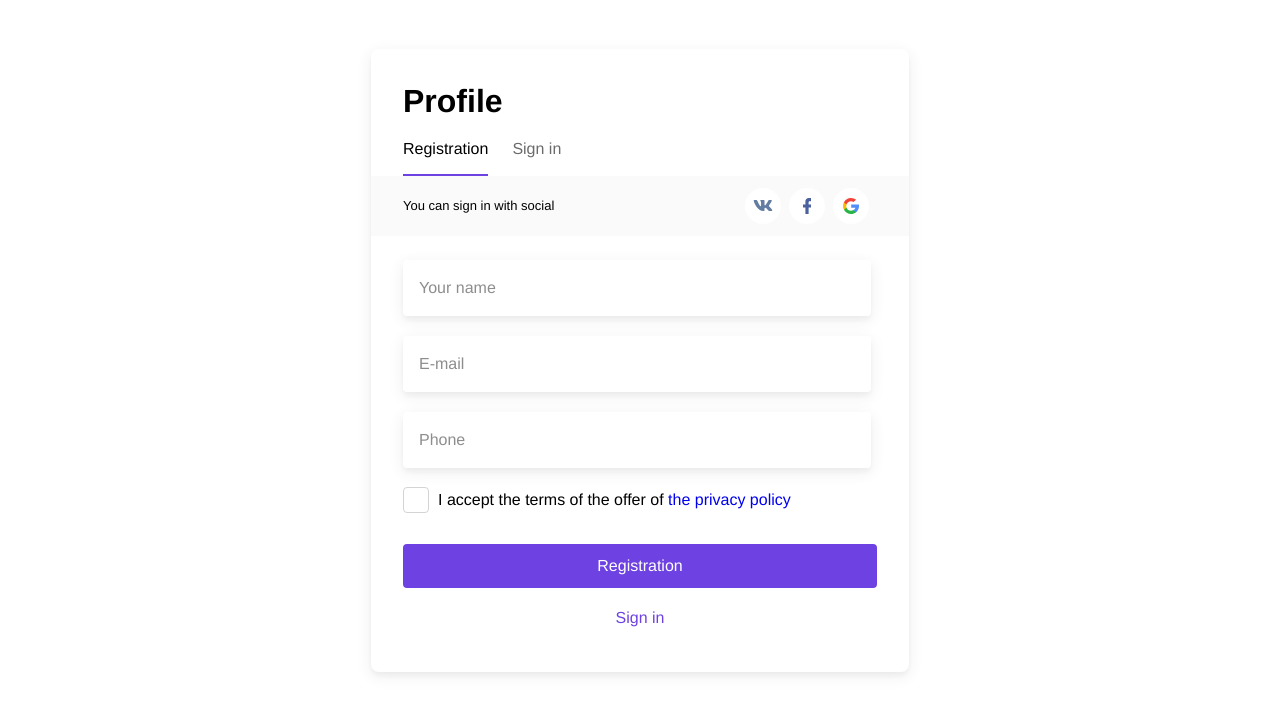
Repository: skydevil1604/vue-test-app
Page: /
The author's editor kept a copy of each file at every save. The page is drawn from the files as they stood at one save, then again after the next save.
The browser window is 1280 px wide. The pictures show the whole page.
The project was rebuilt for these pictures with package versions that can differ from the ones it lists, and the page was loaded fresh each time.

Above is the page before, as saved 2020-04-06 17:47:37.

### public/index.html
<!DOCTYPE html>
<html lang="en">
  <head>
    <meta charset="utf-8">
    <meta http-equiv="X-UA-Compatible" content="IE=edge">
    <meta name="viewport" content="width=device-width,initial-scale=1.0">
    <link rel="icon" href="<%= BASE_URL %>favicon.ico">
    <link rel="stylesheet" href="../src/assets/normalize.css">
    <title><%= htmlWebpackPlugin.options.title %></title>
  </head>
  <body>
    <noscript>
      <strong>We're sorry but <%= htmlWebpackPlugin.options.title %> doesn't work properly without JavaScript enabled. Please enable it to continue.</strong>
    </noscript>
    <div id="app"></div>
    <!-- built files will be auto injected -->
  </body>
</html>

### src/main.js
import Vue from 'vue'
import App from './App.vue'
import VueRouter from 'vue-router'

Vue.config.productionTip = false;
Vue.use(VueRouter)

new Vue({
  render: h => h(App),
}).$mount('#app')

### src/App.vue
<template>
  <div id="app">
    <AuthenticationForm />
  </div>
</template>

<script>
import AuthenticationForm from './components/AuthenticationForm';

export default {
  name: 'App',
  components: {
    AuthenticationForm
  }
}
</script>

<style>
#app {
  font-family: Avenir, Helvetica, Arial, sans-serif;
  -webkit-font-smoothing: antialiased;
  -moz-osx-font-smoothing: grayscale;
  text-align: center;
  display: flex;
  height: 100vh;
}
</style>

### src/components/AuthenticationForm.vue
<template>
    <div class="authentication">
        <h1 class="authentication__header">Profile</h1>
        <Tabs>
            <Tab name="Registration">
                <RegistrationComponent />
            </Tab>
            <Tab name="Sign in">
                <LoginComponent :validate="false"/>
            </Tab>
        </Tabs>
    </div>
</template>
<script>
import Tabs from '@/components/Tabs';
import Tab from '@/components/Tab';
import LoginComponent from '@/components/Login';
import RegistrationComponent from '@/components/Registration';

export default {
    name: 'AuthenticationForm',
    components: {
        Tabs,
        Tab,
        LoginComponent,
        RegistrationComponent,
    }
}
</script>

<style lang="scss" scoped>
    .authentication {
        margin: auto;
        width: 474px;
        background: #FFFFFF;
        box-shadow: 0px 4px 16px rgba(51, 51, 51, 0.08), 0px 4px 4px rgba(51, 51, 51, 0.04);
        border-radius: 8px;
        padding: 32px;

            &__header {
                text-align: left;
                font-style: normal;
                font-weight: bold;
                font-size: 32px;
                line-height: 40px;
                margin: 0;
            }
    }
</style>

### src/components/Tabs.vue
<template>
    <div class="tabs">
        <ul class="tabs__list">
            <li
                v-for="(item, index) in items"
                :key="index"
                :class="item.active ? 'tabs__listitem tabs__listitem--active': 'tabs__listitem'"
                >
                <a
                    :href="item.hash"
                    class="tabs__itemlink"
                    v-text="item.name"
                    @click.prevent="showTab(item.hash)">
                </a>
            </li>
        </ul>
        <section class="tabs__content">
            <slot />
        </section>
    </div>
</template>
<script>
export default {
    name: 'Tabs',
    data() {
        return {
            items: [],
            selected: '',
        }
    },
    methods: {
        showTab(target) {
            this.items.forEach(item => item.active = (item.hash === target))
        },
    },
    created() {
        this.items = this.$children
    },
    mounted() {
        const startItem = this.items.findIndex(item => item.start)
        this.items[startItem > 0 ? startItem : 0].active = true;
    }
}
</script>
<style lang="scss" scoped>
.tabs {
    display: flex;
    flex-direction: column;
    &__list {
        display: flex;
        flex-direction: row;
        padding: 0;
        margin-bottom: 0;
        list-style-type: none;
    }
    &__listitem {
        min-width: 50px;
        color: black;
        font-size: 16px;
        line-height: 24px;
        padding-bottom: 15px;
        color: #6B6B6B;
        &--active {
            border-top-width: 6px;
            color: black;
            box-shadow: inset 0px -2px 0px #6E41E2;
        }
        &:first-child {
            border-top-left-radius: 5px;
            margin-right: 24px;
        }
        &:last-child {
            border-top-right-radius: 5px;
        }
    }
    &__itemlink {
        flex: 1;
        display: flex;
        align-items: center;
        text-decoration: none;
        font-size: inherit;
        color: inherit;
    }
}
</style>

### src/components/Tab.vue
<template>
    <div
        :id="hash"
        v-show="active">
        <slot />
    </div>
</template>
<script>
export default {
    name: 'Tab',
    props: {
        name: {
            type: String,
            required: true,
        },
        start: {
            type: Boolean,
            default: false,
        },
    },
    data() {
        return {
            active: false,
        }
    },
    computed: {
        hash() {
            return '%23' + this.name.toLowerCase().replace(/ /g, '-');
        },
    },
}
</script>

### src/components/Login.vue
<template>
  <div class="form-wrapper">
    <div class="social">
      <div class="social__text">You can sign in with social</div>
      <div class="social__items">
        <a class="social__item social__item--vkontakte" href="#">
          <svg width="20" height="11" viewBox="0 0 20 11" fill="none" xmlns="http://www.w3.org/2000/svg">
            <path d="M18.8002 0.74C18.9302 0.32 18.8002 0 18.1802 0H16.1602C15.6402 0 15.4102 0.27 15.2802 0.57C15.2802 0.57 14.2502 3.08 12.7902 4.72C12.3102 5.19 12.1002 5.34 11.8402 5.34C11.7102 5.34 11.5002 5.19 11.5002 4.76V0.74C11.5002 0.23 11.3802 0 10.9502 0H7.7602C7.4402 0 7.2502 0.24 7.2502 0.47C7.2502 0.95 8.0002 1.07 8.0502 2.44V5.42C8.0502 6.08 7.9302 6.2 7.6802 6.2C7.0002 6.2 5.3202 3.67 4.3302 0.79C4.1302 0.23 3.9402 0 3.4202 0H1.3902C0.820195 0 0.700195 0.27 0.700195 0.57C0.700195 1.11 1.3902 3.77 3.9002 7.29C5.5702 9.7 7.9302 11 10.0802 11C11.3702 11 11.5302 10.71 11.5302 10.21V8.39C11.5302 7.82 11.6502 7.7 12.0602 7.7C12.3602 7.7 12.8702 7.85 14.0702 9C15.4502 10.38 15.6702 11 16.4502 11H18.4702C19.0502 11 19.3402 10.71 19.1802 10.14C19.0002 9.57 18.3402 8.74 17.4702 7.76C17.0002 7.21 16.2902 6.61 16.0702 6.3C15.7702 5.92 15.8602 5.75 16.0702 5.4C16.0702 5.4 18.5402 1.93 18.8002 0.74Z" fill="#627DA1"/>
          </svg>
        </a>
        <a class="social__item social__item--facebook" href="#">
          <svg width="8" height="16" viewBox="0 0 8 16" fill="none" xmlns="http://www.w3.org/2000/svg">
            <path d="M8 0V3.2H6.4C5.848 3.2 5.6 3.848 5.6 4.4V6.4H8V9.6H5.6V16H2.4V9.6H0V6.4H2.4V3.2C2.4 2.35131 2.73714 1.53737 3.33726 0.937258C3.93737 0.337142 4.75131 0 5.6 0H8Z" fill="#4B629E"/>
          </svg>
        </a>
        <a class="social__item social__item--google" href="#">
          <svg width="24" height="24" viewBox="0 0 24 24" fill="none" xmlns="http://www.w3.org/2000/svg">
            <rect x="4" y="4" width="15.9995" height="15.9998" fill="white" fill-opacity="0.01"/>
            <path d="M7.54632 13.6683L6.9894 15.7474L4.95387 15.7905C4.34554 14.6621 4.00049 13.3712 4.00049 11.9993C4.00049 10.6727 4.3231 9.42177 4.89496 8.32025H4.8954L6.70759 8.6525L7.50144 10.4538C7.33529 10.9382 7.24473 11.4582 7.24473 11.9993C7.2448 12.5866 7.35117 13.1492 7.54632 13.6683Z" fill="#FBBB00"/>
            <path d="M19.8604 10.5052C19.9523 10.9891 20.0002 11.4889 20.0002 11.9997C20.0002 12.5724 19.9399 13.1311 19.8252 13.67C19.4358 15.5038 18.4182 17.1051 17.0086 18.2383L17.0082 18.2378L14.7256 18.1214L14.4026 16.1047C15.3379 15.5561 16.0689 14.6977 16.454 13.67H12.1763V10.5052H16.5164H19.8604Z" fill="#518EF8"/>
            <path d="M17.0077 18.2383L17.0082 18.2387C15.6373 19.3407 13.8957 20 12 20C8.95349 20 6.30479 18.2972 4.95361 15.7913L7.54607 13.6692C8.22164 15.4722 9.96093 16.7557 12 16.7557C12.8764 16.7557 13.6975 16.5188 14.4021 16.1052L17.0077 18.2383Z" fill="#28B446"/>
            <path d="M17.1068 5.84172L14.5152 7.96344C13.786 7.50763 12.924 7.24433 12.0005 7.24433C9.91533 7.24433 8.14351 8.58671 7.50178 10.4544L4.8957 8.32081H4.89526C6.22666 5.75382 8.90877 4 12.0005 4C13.9416 4 15.7213 4.69143 17.1068 5.84172Z" fill="#F14336"/>
          </svg>
        </a>
      </div>
    </div>
    <form class="form" action="#">
      <input class="form__item" type="email" name="email" id="email" placeholder="E-mail" >
      <input class="form__item" type="password" name="password" id="password" placeholder="Password">
      <button class="button button--main" type="submit">Sign in</button>
      <button class="button button--secondary" href="%23registration">Registration</button>
    </form>
  </div>
</template>

<script>


export default {
  name: 'LoginComponent',
};
</script>
<style lang="scss">
  .social {
    height: 60px;
    display: flex;
    justify-content: space-between;
    background: #FAFAFA;
    align-items: center;
    width: 474px;
    margin-left: -32px;
    padding-left: 32px;
    padding-right: 32px;
    margin-bottom: 24px;

      &__text {
        font-style: normal;
        font-weight: normal;
        font-size: 13px;
        line-height: 20px;
      }

      &__items {
        display: flex;
        align-items: center;
      }

      &__item {
        width: 36px;
        height: 36px;
        border-radius: 50%;
        background-color: #ffffff;
        margin-right: 8px;
        display: flex;

          & svg {
            margin: auto;
          }
      }
  }
</style>

### src/components/Registration.vue
<template>
  <div class="form-wrapper">
    <div class="social">
      <div class="social__text">You can sign in with social</div>
      <div class="social__items">
        <a class="social__item social__item--vkontakte" href="#">
          <svg width="20" height="11" viewBox="0 0 20 11" fill="none" xmlns="http://www.w3.org/2000/svg">
            <path d="M18.8002 0.74C18.9302 0.32 18.8002 0 18.1802 0H16.1602C15.6402 0 15.4102 0.27 15.2802 0.57C15.2802 0.57 14.2502 3.08 12.7902 4.72C12.3102 5.19 12.1002 5.34 11.8402 5.34C11.7102 5.34 11.5002 5.19 11.5002 4.76V0.74C11.5002 0.23 11.3802 0 10.9502 0H7.7602C7.4402 0 7.2502 0.24 7.2502 0.47C7.2502 0.95 8.0002 1.07 8.0502 2.44V5.42C8.0502 6.08 7.9302 6.2 7.6802 6.2C7.0002 6.2 5.3202 3.67 4.3302 0.79C4.1302 0.23 3.9402 0 3.4202 0H1.3902C0.820195 0 0.700195 0.27 0.700195 0.57C0.700195 1.11 1.3902 3.77 3.9002 7.29C5.5702 9.7 7.9302 11 10.0802 11C11.3702 11 11.5302 10.71 11.5302 10.21V8.39C11.5302 7.82 11.6502 7.7 12.0602 7.7C12.3602 7.7 12.8702 7.85 14.0702 9C15.4502 10.38 15.6702 11 16.4502 11H18.4702C19.0502 11 19.3402 10.71 19.1802 10.14C19.0002 9.57 18.3402 8.74 17.4702 7.76C17.0002 7.21 16.2902 6.61 16.0702 6.3C15.7702 5.92 15.8602 5.75 16.0702 5.4C16.0702 5.4 18.5402 1.93 18.8002 0.74Z" fill="#627DA1"/>
          </svg>
        </a>
        <a class="social__item social__item--facebook" href="#">
          <svg width="8" height="16" viewBox="0 0 8 16" fill="none" xmlns="http://www.w3.org/2000/svg">
            <path d="M8 0V3.2H6.4C5.848 3.2 5.6 3.848 5.6 4.4V6.4H8V9.6H5.6V16H2.4V9.6H0V6.4H2.4V3.2C2.4 2.35131 2.73714 1.53737 3.33726 0.937258C3.93737 0.337142 4.75131 0 5.6 0H8Z" fill="#4B629E"/>
          </svg>
        </a>
        <a class="social__item social__item--google" href="#">
          <svg width="24" height="24" viewBox="0 0 24 24" fill="none" xmlns="http://www.w3.org/2000/svg">
            <rect x="4" y="4" width="15.9995" height="15.9998" fill="white" fill-opacity="0.01"/>
            <path d="M7.54632 13.6683L6.9894 15.7474L4.95387 15.7905C4.34554 14.6621 4.00049 13.3712 4.00049 11.9993C4.00049 10.6727 4.3231 9.42177 4.89496 8.32025H4.8954L6.70759 8.6525L7.50144 10.4538C7.33529 10.9382 7.24473 11.4582 7.24473 11.9993C7.2448 12.5866 7.35117 13.1492 7.54632 13.6683Z" fill="#FBBB00"/>
            <path d="M19.8604 10.5052C19.9523 10.9891 20.0002 11.4889 20.0002 11.9997C20.0002 12.5724 19.9399 13.1311 19.8252 13.67C19.4358 15.5038 18.4182 17.1051 17.0086 18.2383L17.0082 18.2378L14.7256 18.1214L14.4026 16.1047C15.3379 15.5561 16.0689 14.6977 16.454 13.67H12.1763V10.5052H16.5164H19.8604Z" fill="#518EF8"/>
            <path d="M17.0077 18.2383L17.0082 18.2387C15.6373 19.3407 13.8957 20 12 20C8.95349 20 6.30479 18.2972 4.95361 15.7913L7.54607 13.6692C8.22164 15.4722 9.96093 16.7557 12 16.7557C12.8764 16.7557 13.6975 16.5188 14.4021 16.1052L17.0077 18.2383Z" fill="#28B446"/>
            <path d="M17.1068 5.84172L14.5152 7.96344C13.786 7.50763 12.924 7.24433 12.0005 7.24433C9.91533 7.24433 8.14351 8.58671 7.50178 10.4544L4.8957 8.32081H4.89526C6.22666 5.75382 8.90877 4 12.0005 4C13.9416 4 15.7213 4.69143 17.1068 5.84172Z" fill="#F14336"/>
          </svg>
        </a>
      </div>
    </div>
    <form class="form" action="#">
      <input class="form__item" type="text" name="name" id="name" placeholder="Your name">
      <input class="form__item" type="email" name="email" id="email" placeholder="E-mail" >
      <input class="form__item" type="tel" name="tel" id="tel" placeholder="Phone">
      <div class="checkbox">
        <input type="checkbox" id="acception" required>
        <label for="acception">
          I accept the terms of the offer of <a href="#">the privacy policy</a>
        </label>
      </div>
      <button class="button button--main" type="submit">Registration</button>
      <button class="button button--secondary" href="%23sign-in" >Sign in</button>
    </form>
  </div>
</template>

<script>


export default {
  name: 'RegistrationComponent',
}
</script>

<style lang="scss">

  @mixin placeholder {
    &::-webkit-input-placeholder { color: rgba(17, 17, 17, 0.48) }
    &:-moz-placeholder           { color: rgba(17, 17, 17, 0.48) }
    &::-moz-placeholder          { color: rgba(17, 17, 17, 0.48) }
    &:-ms-input-placeholder      { color: rgba(17, 17, 17, 0.48) }
}
  @mixin placeholder-move-on-focus {
    &:focus::-webkit-input-placeholder { line-height: 20px;  transition: line-height 0.5s ease; }
    &:focus:-moz-placeholder           { line-height: 20px;  transition: line-height 0.5s ease; }
    &:focus::-moz-placeholder          { line-height: 20px;  transition: line-height 0.5s ease; }
    &:focus:-ms-input-placeholder      { line-height: 20px;  transition: line-height 0.5s ease; }
    &:focus::-webkit-input-placeholder { line-height: 100px; transition: line-height 0.5s ease; }
    &:focus:-moz-placeholder           { line-height: 100px; transition: line-height 0.5s ease; }
    &:focus::-moz-placeholder          { line-height: 100px; transition: line-height 0.5s ease; }
    &:focus:-ms-input-placeholder      { line-height: 100px; transition: line-height 0.5s ease; }
}

  .form {
    display: flex;
    flex-direction: column;

      &__item {
        width: 92%;
        box-shadow: 0px 4px 16px rgba(51, 51, 51, 0.08), 0px 4px 4px rgba(51, 51, 51, 0.04);
        border-radius: 4px;
        font-style: normal;
        font-weight: normal;
        font-size: 16px;
        line-height: 24px;
        color: #111111;
        padding: 16px;
        margin-bottom: 20px;
        outline: none;
        border: none;
        @include placeholder;
        @include placeholder-move-on-focus;
      }

      .checkbox {
        text-align: left;
        margin-bottom: 32px;

          & label {
            font-size: 16px;
            line-height: 24px;
            color: #000000;

              & a {
                text-decoration: none;
              }
          }
      }

      .button {
        font-size: 16px;
        line-height: 24px;
        padding-top: 10px;
        padding-bottom: 10px;
        border-radius: 4px;
        border: none;
        outline: none;
        cursor: pointer;

          &--main {
            background: #6E41E2;
            color: #ffffff;
            margin-bottom: 8px;

              &:hover {
                background: #502fa3;
              }
          }

          &--secondary {
            background: #ffffff;
            color: #6E41E2;

              &:hover {
                background: #FAFAFA;
              }
          }
      }

      input[type="checkbox"]:checked,
      input[type="checkbox"]:not(:checked) {
        position: absolute;
        left: -9999px;
      }
      input[type="checkbox"]:checked + label,
      input[type="checkbox"]:not(:checked) + label {
        display: inline-block;
        position: relative;
        padding-left: 35px;
        cursor: pointer;
      }
      input[type="checkbox"]:checked + label:before,
      input[type="checkbox"]:not(:checked) + label:before {
        content: "";
        position: absolute;
        left: 0px;
        top: -1px;
        width: 24px;
        height: 24px;
        border: 1px solid #D4D4D4;
        border-radius: 4px;
      }
      input[type="checkbox"]:checked + label:after,
      input[type="checkbox"]:not(:checked) + label:after {
        content: "";
        position: absolute;
        -webkit-transition: all 0.2s ease;
        -moz-transition: all 0.2s ease;
        -o-transition: all 0.2s ease;
        transition: all 0.2s ease;
        left: 6px;
        top: 6px;
        width: 10px;
        height: 5px;
        border-radius: 1px;
        border-left: 4px solid grey;
        border-bottom: 4px solid grey;
        -webkit-transform: rotate(-45deg);
        -moz-transform: rotate(-45deg);
        -o-transform: rotate(-45deg);
        -ms-transform: rotate(-45deg);
        transform: rotate(-45deg);
      }
      input[type="checkbox"]:not(:checked) + label:after {
        opacity: 0;
      }
      input[type="checkbox"]:checked + label:after {
        opacity: 1;
      }
  }
</style>

Loaded but not shown: src/assets/normalize.css (library)

After the next save:
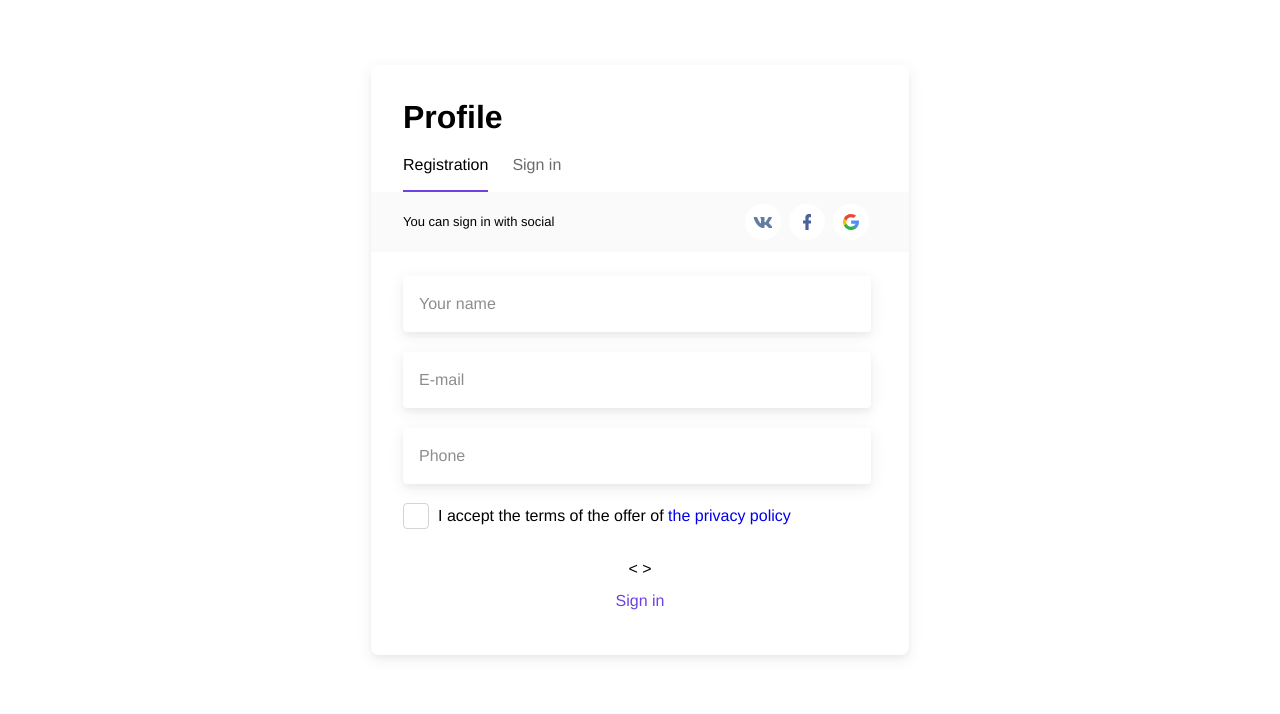
Saved 3 min 52 s later.
--- a/src/components/Registration.vue
+++ b/src/components/Registration.vue
@@ -34,7 +34,7 @@
           I accept the terms of the offer of <a href="#">the privacy policy</a>
         </label>
       </div>
-      <button class="button button--main" type="submit">Registration</button>
+      <<router-link to="/main-page" class="button button--main" type="submit" tag="button">Registration</router-link> >
       <button class="button button--secondary" href="%23sign-in" >Sign in</button>
     </form>
   </div>
